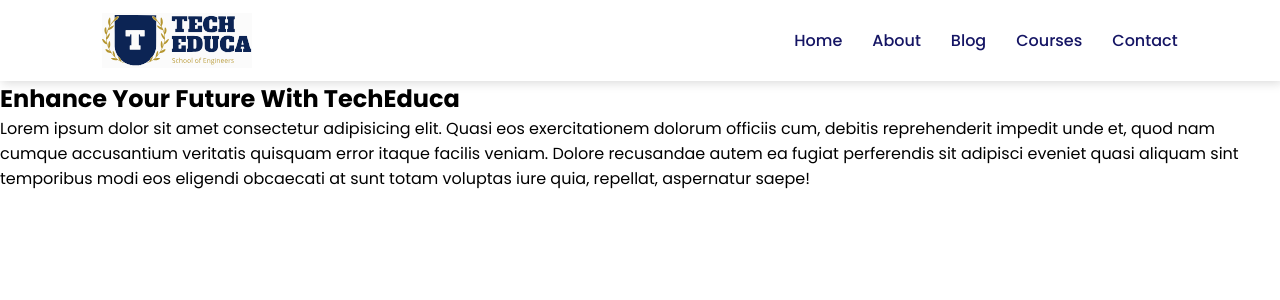
Repository: douglasabnovato/newtech
Page: index.html
An editor plug-in stored every save of this project. The page is shown before and after the next save, followed by the edit.
The browser window is 1280 px wide. The pictures show the whole page.
Some web libraries are served in a nearby version.

Above is the page before, as saved 2025-06-19 22:50:59.

After the next save:
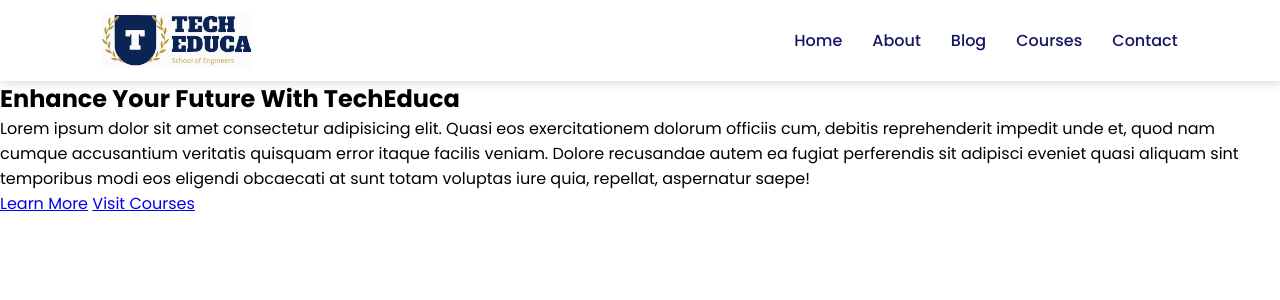
Saved 111 s later.
--- a/index.html
+++ b/index.html
@@ -41,6 +41,10 @@
       <p>
         Lorem ipsum dolor sit amet consectetur adipisicing elit. Quasi eos exercitationem dolorum officiis cum, debitis reprehenderit impedit unde et, quod nam cumque accusantium veritatis quisquam error itaque facilis veniam. Dolore recusandae autem ea fugiat perferendis sit adipisci eveniet quasi aliquam sint temporibus modi eos eligendi obcaecati at sunt totam voluptas iure quia, repellat, aspernatur saepe!
       </p>
+      <div class="btn">
+        <a href="#">Learn More</a>
+        <a href="#">Visit Courses</a>
+      </div>
     </section>
 
     <!-- features -->
